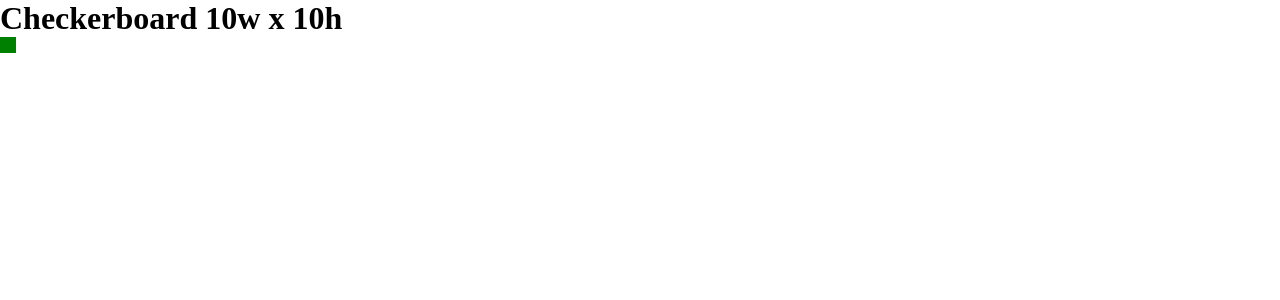
Repository: bchang1213/javaEE
Page: http://localhost/Checkerboard/view.jsp
These files come from the project's save history. The page is drawn as it stood at one moment and after the next save; the edit follows.
The browser window is 1280 px wide. The pictures show the whole page.
The page is served by Tomcat 9.

Above is the page before, as saved 2017-10-05 20:41:07.

After the next save:
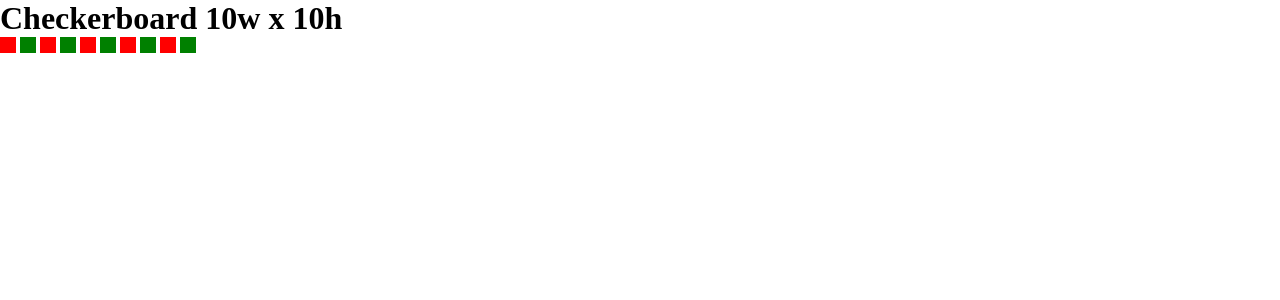
Saved 17 s later.
--- a/Checkerboard/WebContent/style.css
+++ b/Checkerboard/WebContent/style.css
@@ -12,14 +12,14 @@ div.block{
 	display: inline-block;
 }
 
-#checkerboard:nth-child(odd){
+.block:nth-child(odd){
 	width:1em;
 	height: 1em;
 	background-color:red;
 
 }
 
-#checkerboard:nth-child(even){
+.block:nth-child(even){
 	width:1em;
 	height: 1em;
 	background-color:green;
